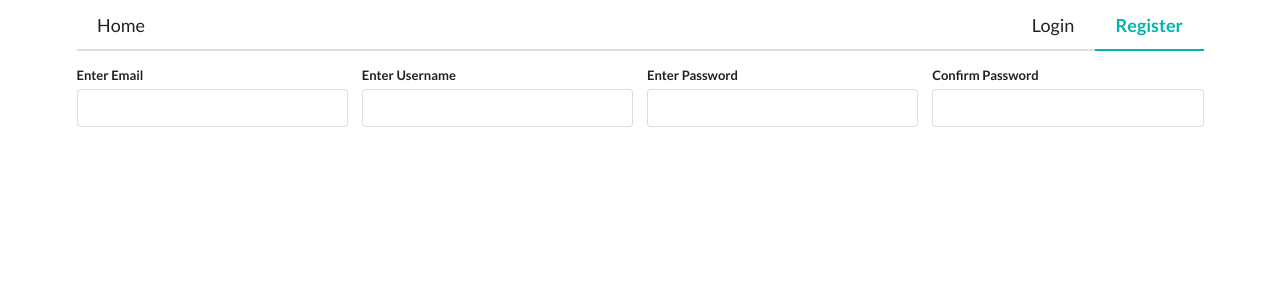
Repository: m-ahmadshaikh/SociaSpark
Page: /register (app in client/)
These files come from the project's save history. The page is drawn as it stood at one moment and after the next save; the edit follows.
The browser window is 1280 px wide. The pictures show the whole page.
The project was rebuilt for these pictures with package versions that can differ from the ones it lists, and the page was loaded fresh each time. Also part of the build but not shown: client/vite.config.js, client/src/App.css, client/src/components/PostCard.jsx, client/src/pages/Home.jsx, client/src/pages/Login.jsx.

Above is the page before, as saved 2022-10-23 15:00:25.

After the next save:
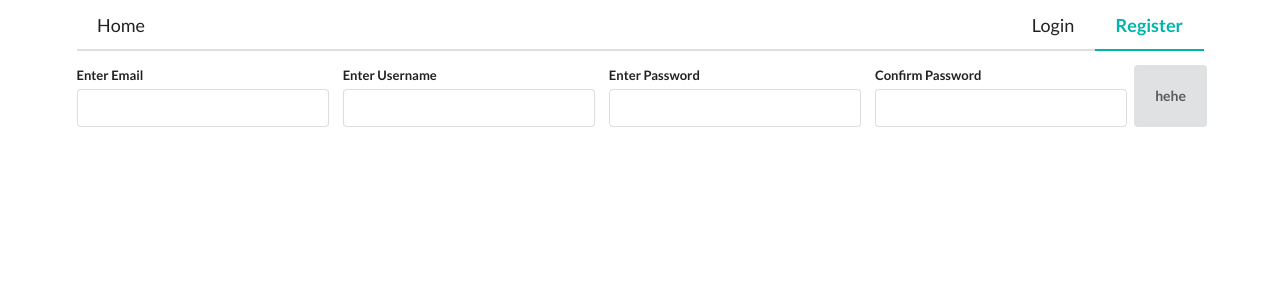
Saved 57 s later.
--- a/client/src/pages/Register.jsx
+++ b/client/src/pages/Register.jsx
@@ -1,5 +1,5 @@
 import React, { useState } from 'react';
-import { Form } from 'semantic-ui-react';
+import { Button, Form } from 'semantic-ui-react';
 
 export default function Register() {
   const [values, setValues] = useState({
@@ -13,8 +13,12 @@
     const { name, value } = e.target;
     setValues((prev) => ({ ...prev, [name]: value }));
   };
+  const submitHandler = (e) => {
+    e.preventDefault();
+    console.log(value);
+  };
   return (
-    <Form>
+    <Form onSubmit={submitHandler}>
       <Form.Group widths="equal">
         <Form.Input
           label="Enter Email"
@@ -43,6 +47,7 @@
           onChange={changeHandler}
           value={values.confirmPassword}
         />
+        <Button type="submit"> hehe</Button>
       </Form.Group>
     </Form>
   );
